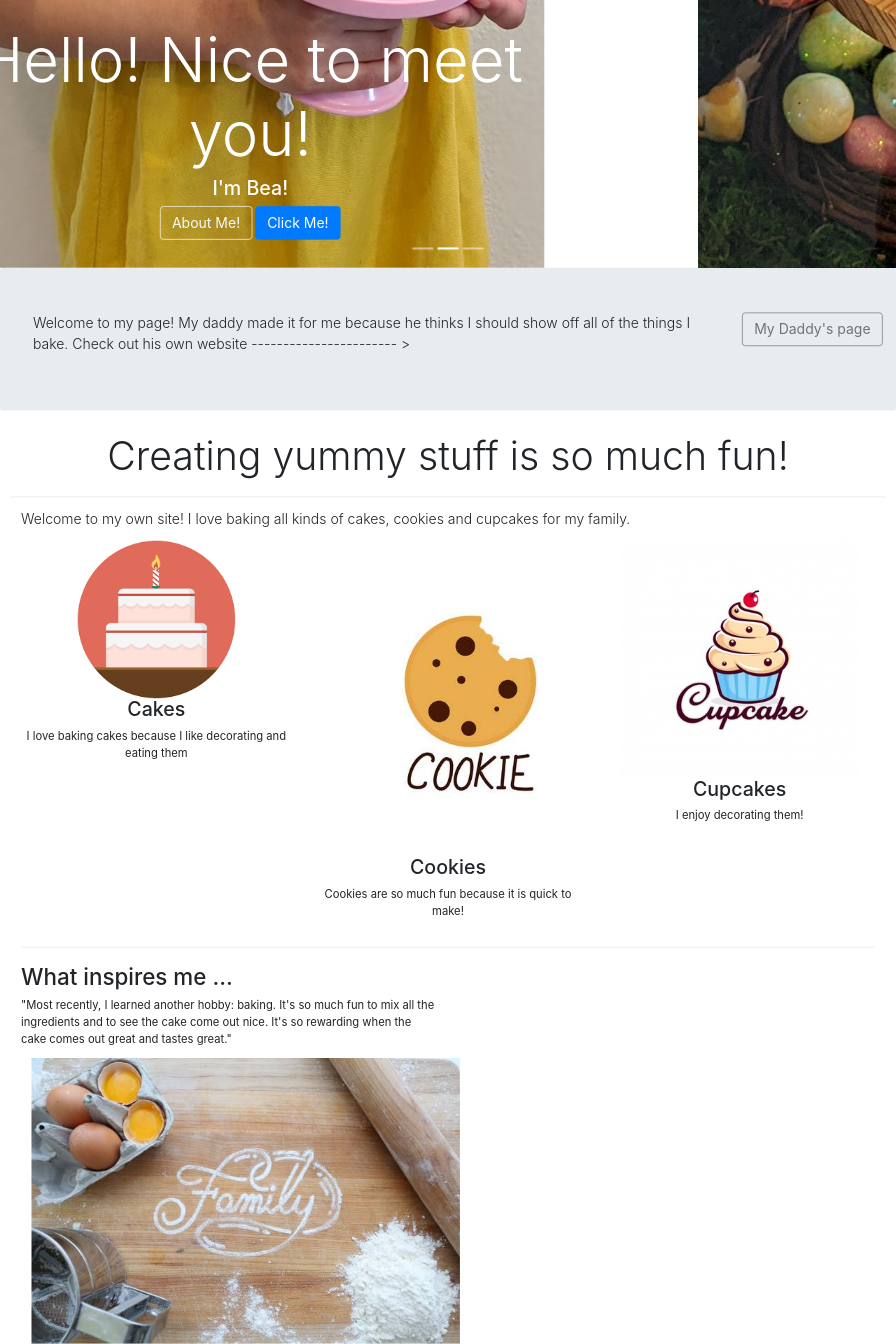
Repository: djzaragoza/Bea-Creation
Page: index.html
The author's editor kept a copy of each file at every save. The page is drawn from the files as they stood at one save, then again after a run of saves.
The browser window is 1280 px wide. The pictures show the part of the page from y = 1558 to 3478 px (the page is 3478 px tall before and 3249 px after), at 70% of full size.
Some web libraries are served in a nearby version.

Above is the page before, as saved 2020-04-07 13:01:42.

### index.html
<!DOCTYPE html>
<html lang="en">
<head>
    <meta charset="utf-8">
    <meta name="viewport" content="width=device-width, initial-scale=1">
    <title>Bea's Creation</title>
    <link rel="stylesheet" href="https://maxcdn.bootstrapcdn.com/bootstrap/4.0.0/css/bootstrap.min.css">
    <script src="https://ajax.googleapis.com/ajax/libs/jquery/3.3.1/jquery.min.js"></script>
    <script src="https://cdnjs.cloudflare.com/ajax/libs/popper.js/1.12.9/umd/popper.min.js"></script>
    <script src="https://maxcdn.bootstrapcdn.com/bootstrap/4.0.0/js/bootstrap.min.js"></script>
    <script src="https://use.fontawesome.com/releases/v5.0.8/js/all.js"></script>
    <link rel="style.css" rel="stylesheet">
</head>
<body>

<!-- navigation -->
<nav class="navbar navbar-expand-md navbar-light bg-light sticky-top">
<div class="container-fluid">
    <a class="navbar-brand" href="#"><img src=""></a>
    <button class="navbar-toggler" type="button" data-toggle="collapse" data-target="#navbarResponsive">
        <span class="navbar-toggler-icon"></span>
    </button>
    <div class="collapse navbar-collapse" id="navbarResponsive">
        <ul class="navbar-nav ml-auto">
            <li class="nav-item active">
                <a class="nav-link" href="#">Home</a>
            </li>
            <li class="nav-item">
                <a class="nav-link" href="#">Cakes</a>
            </li>
            <li class="nav-item">
                <a class="nav-link" href="#">Cupcakes</a>
            </li>
            <li class="nav-item">
                <a class="nav-link" href="#">Cookies</a>
            </li>
        </ul>
    </div>

</div>


</nav>


<!-- image slider -->
<div id="slides" class="carousel slide" data-ride="carousel">
    <ul class="carousel-indicators">
        <li data-target="#slides" data-slide-to="0" class="active"></li>
        <li data-target="#slides" data-slide-to="1">
        <li data-target="#slides" data-slide-to="2">
    </ul>
    <div class="carousel-inner">
        <div class="carousel-item active">
            <img src="img/bea_cover_photo.jpg">
            <div class="carousel-caption">
                <h1 class="display-2">Hello! Nice to meet you!</h1>
                <h3>I'm Bea!</h3>
                <button type="button" class="btn btn-outline-light btn-lg">About Me!</button>
                <button type="button" class="btn btn-primary btn-lg">Click Me!</button>
            </div>
        </div>
        <div class="carousel-item">
            <img src="img/bea_home_cookies.jpg">
        </div>
        <div class="carousel-item">
            <img src="img/bea_home_cupcakes.jpg">
        </div>
    </div>
</div>


<!-- jumbotron -->
<div class="container-fluid">
    <div class="row jumbotron">
        <div class="column-xs-12 col-sm-12 col-md-9 col-lg-9 col-xl-10">
            <p class="lead">Welcome to my page!  My daddy made it for me because he thinks I should show off all of the things I bake.  Check out his own website      ----------------------- > </p>
        </div>
        <div class="col-xs-12 col-sm-12 col-md-3 col-lg-3 col-xl-2">
            <a href="https://www.djzaragoza.dev" target="_blank"><button type="button" class="btn btn-outline-secondary btn-lg">My Daddy's page</button></a>
        </div>

    </div>
</div>

<!-- welcome section -->

<div class="container-fluid padding">
<div class="row welcome text-center">
    <div class="col-12">
        <h1 class="display-4">Creating yummy stuff is so much fun!</div>
    </div>
    <hr>
    <div class="col-12">
        <p class="lead">Welcome to my own site!  I love baking all kinds of cakes, cookies and cupcakes for my family.</p>
    </div>
<div>
</div>

<!-- three column section -->
<div class="container-fluid padding">
<div class="row text-center padding">
    <div class="col-xs-12 col-sm-6 col-md-4">
        <img src="img/cake_icon.png">
        <h3>Cakes</h3>
        <p>I love baking cakes because I like decorating and eating them</p>
    </div>
    <div class="col-xs-12 col-sm-6 col-md-4">
        <img src="img/cookie_icon.jpg">
        <h3>Cookies</h3>
        <p>Cookies are so much fun because it is quick to make!</p>
    </div>
    <div class="col-sm-12 col-md-4">
        <img src="img/cupcake_icon.jpg">
        <h3>Cupcakes</h3>
        <p>I enjoy decorating them!</p>
    </div>
</div>
<hr class="my-4">
</div>

<!-- two column section -->

<div class="container-fluid padding">
<div class="row padding">
    <div class="col-md-12 col-lg-6">
        <h2>What inspires me ...</h2>
        <p>"Most recently, I learned another hobby: baking.  It's so much fun to mix all the ingredients and to see the cake come out nice.  It's so rewarding when the cake comes out great and tastes great."
        </p>
    <div>
    <div class="col-lg-6">
        <img src="img/family_baking_icon.jpg"
    </div>
</div>
</div>
<!-- fixed background -->

<!-- emoji section -->

<!-- meet the team -->

<!-- cards -->

<!-- two column section -->







</body>



</html>

After the next 3 saves:
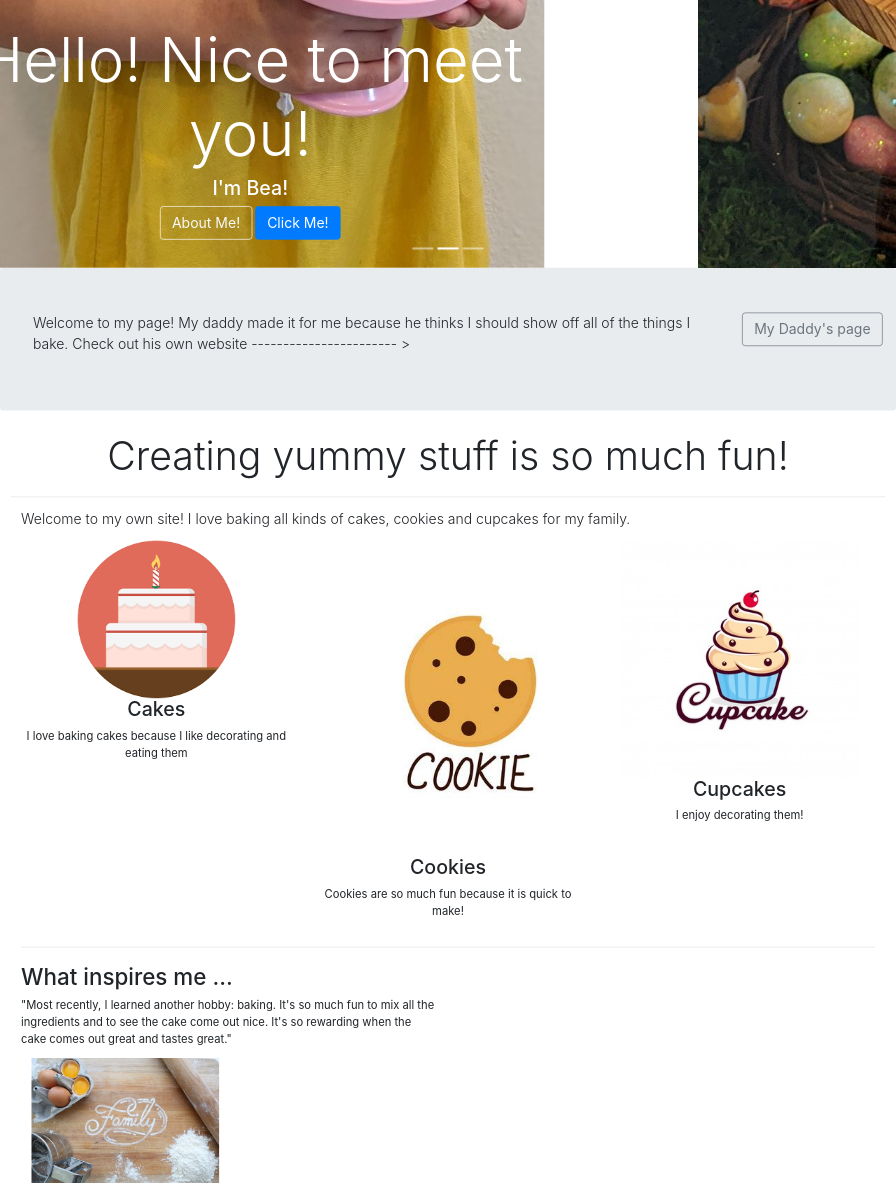
The 3 saves are shown as one change because they came seconds apart.
The last was saved 2 min 55 s later.
--- a/index.html
+++ b/index.html
@@ -129,7 +129,7 @@
         </p>
     <div>
     <div class="col-lg-6">
-        <img src="img/family_baking_icon.jpg"
+        <img src="img/family_baking_icon.jpg" class="img-fluid">
     </div>
 </div>
 </div>
